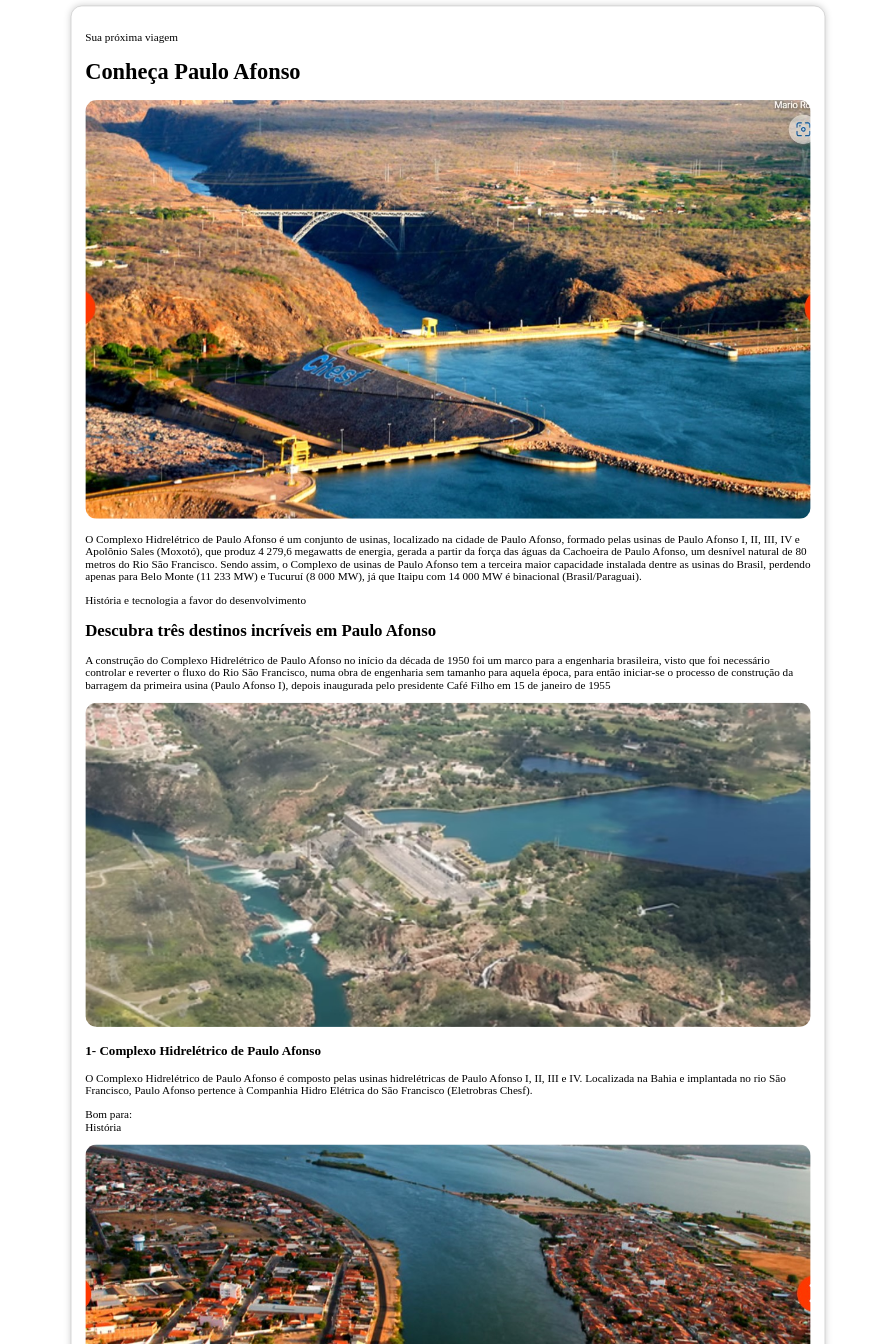
Repository: JeffRodFer/testeGitXGithub
Page: index.html
An editor plug-in stored every save of this project. The page is shown before and after the next save, followed by the edit.
The browser window is 1280 px wide. The pictures show the part of the page from y = 0 to 1920 px (the page is 3066 px tall before and 3046 px after), at 70% of full size.

Above is the page before, as saved 2025-03-15 21:09:16.

After the next save:
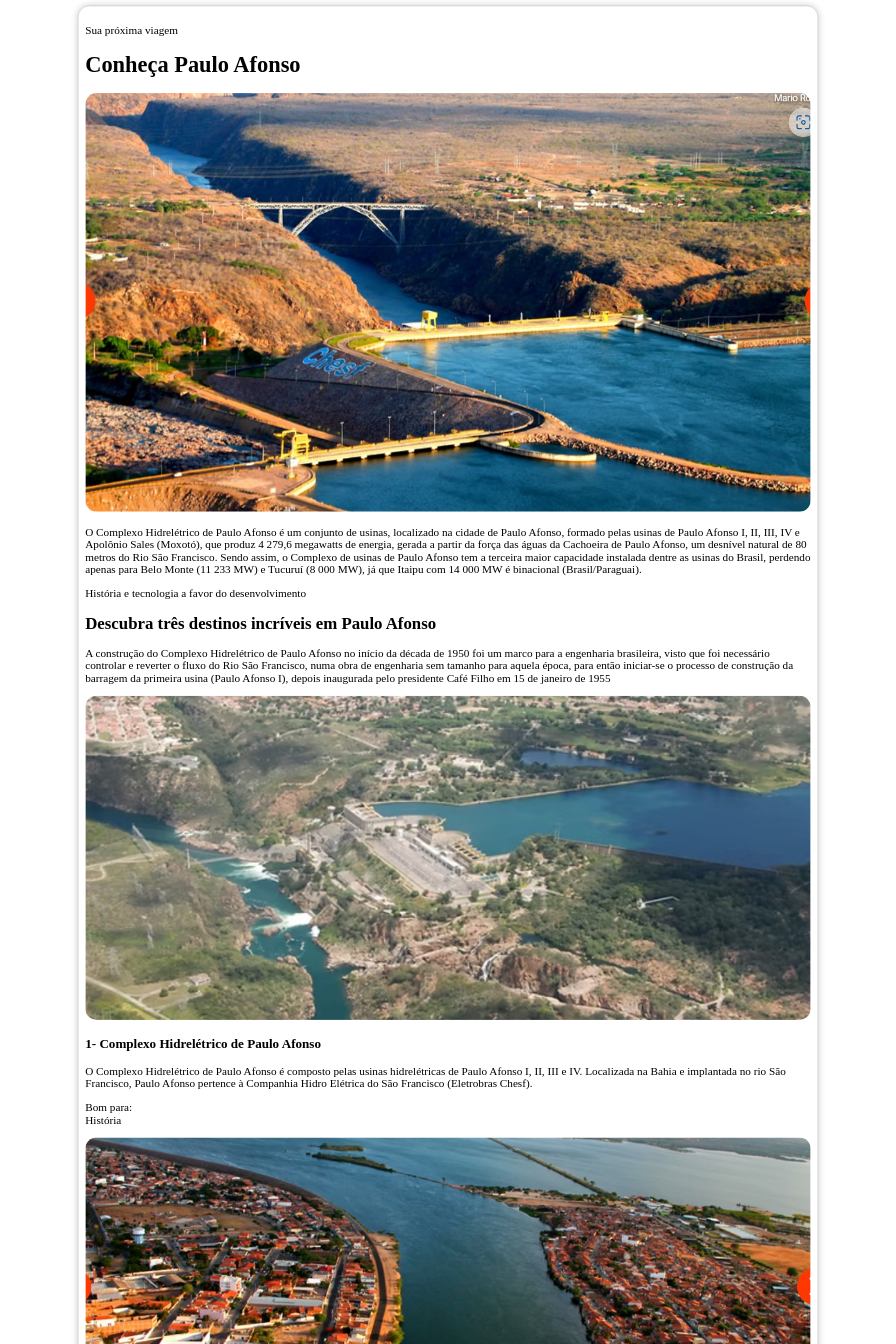
Saved 4 min 7 s later.
--- a/style.css
+++ b/style.css
@@ -6,7 +6,7 @@ body {
 .page {
     width: 82%;
     margin: 0 auto;
-    padding: 20px;
+    padding: 10px;
     background-color: white;
     border: 1px solid #ccc;
     border-radius: 16px;
@@ -19,6 +19,7 @@ img
         border-radius: 16px;
     }
 
-.p pred {
+.p pred
+{
     color: red;
 }
